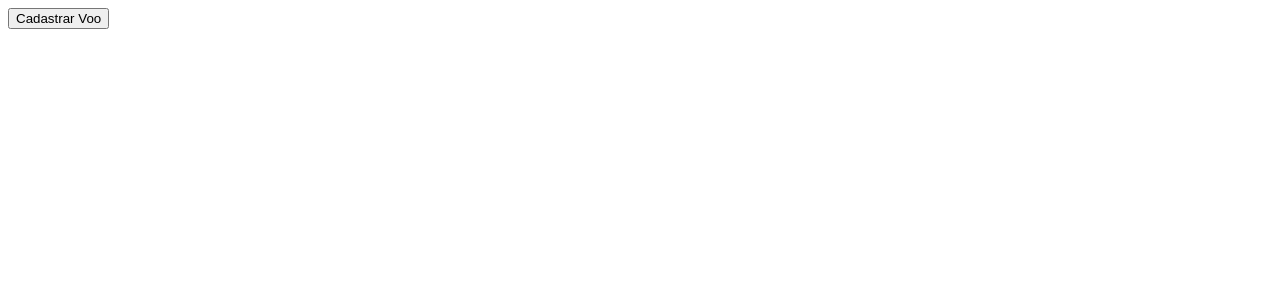
Repository: leal554/ProjetoVendaPassagemAereaWEB
Page: http://localhost/ProjetoVendaPassagemAereaWEB/Menu.jsp
The author's editor kept a copy of each file at every save. The page is drawn from the files as they stood at one save, then again after the next save.
The browser window is 1280 px wide. The pictures show the whole page.
The page is served by Tomcat 9. Other server files are loaded and not shown.

Above is the page before, as saved 2015-10-15 22:43:34.

### ProjetoVendaPassagemAereaWEB/WebContent/Menu.jsp
<%@ page language="java" contentType="text/html; charset=ISO-8859-1"
    pageEncoding="ISO-8859-1"%>
<!DOCTYPE html PUBLIC "-//W3C//DTD HTML 4.01 Transitional//EN" "http://www.w3.org/TR/html4/loose.dtd">
<html>
<head>
<meta http-equiv="Content-Type" content="text/html; charset=ISO-8859-1">
<title>Insert title here</title>
</head>
<body>
	<button type="submit" value="Submit" name="cadastrarVoo">Cadastrar Voo</button>
</body>
</html>

After the next save:
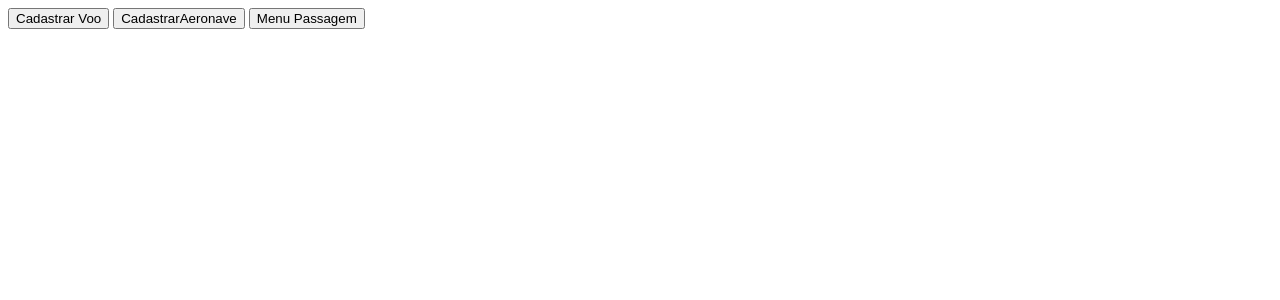
Saved 59 s later.
--- a/ProjetoVendaPassagemAereaWEB/WebContent/Menu.jsp
+++ b/ProjetoVendaPassagemAereaWEB/WebContent/Menu.jsp
@@ -8,5 +8,7 @@
 </head>
 <body>
 	<button type="submit" value="Submit" name="cadastrarVoo">Cadastrar Voo</button>
+	<button type="submit" value="Submit" name="cadastrarAeronave">CadastrarAeronave</button>
+	<button type="submit" value="Submit" name="menuPassagem">Menu Passagem</button>
 </body>
 </html>
